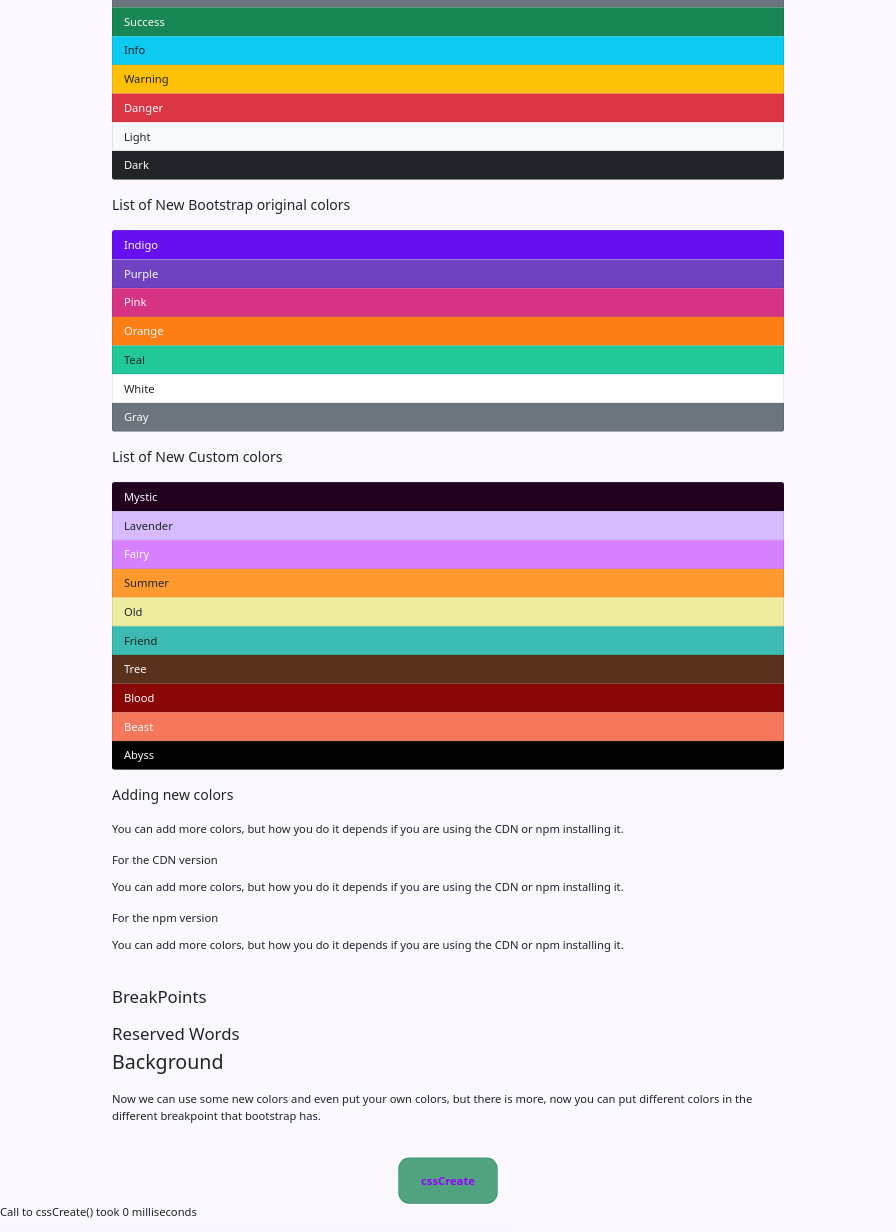
Repository: LynxPardelle/bootstrap-expanded-features
Page: index.html
The author's editor kept a copy of each file at every save. The page is drawn from the files as they stood at one save, then again after the next save.
The browser window is 1280 px wide. The pictures show the part of the page from y = 2344 to 4264 px (the page is 4104 px tall before and 4264 px after), at 70% of full size.

Above is the page before, as saved 2022-01-02 06:15:25.

After the next save:
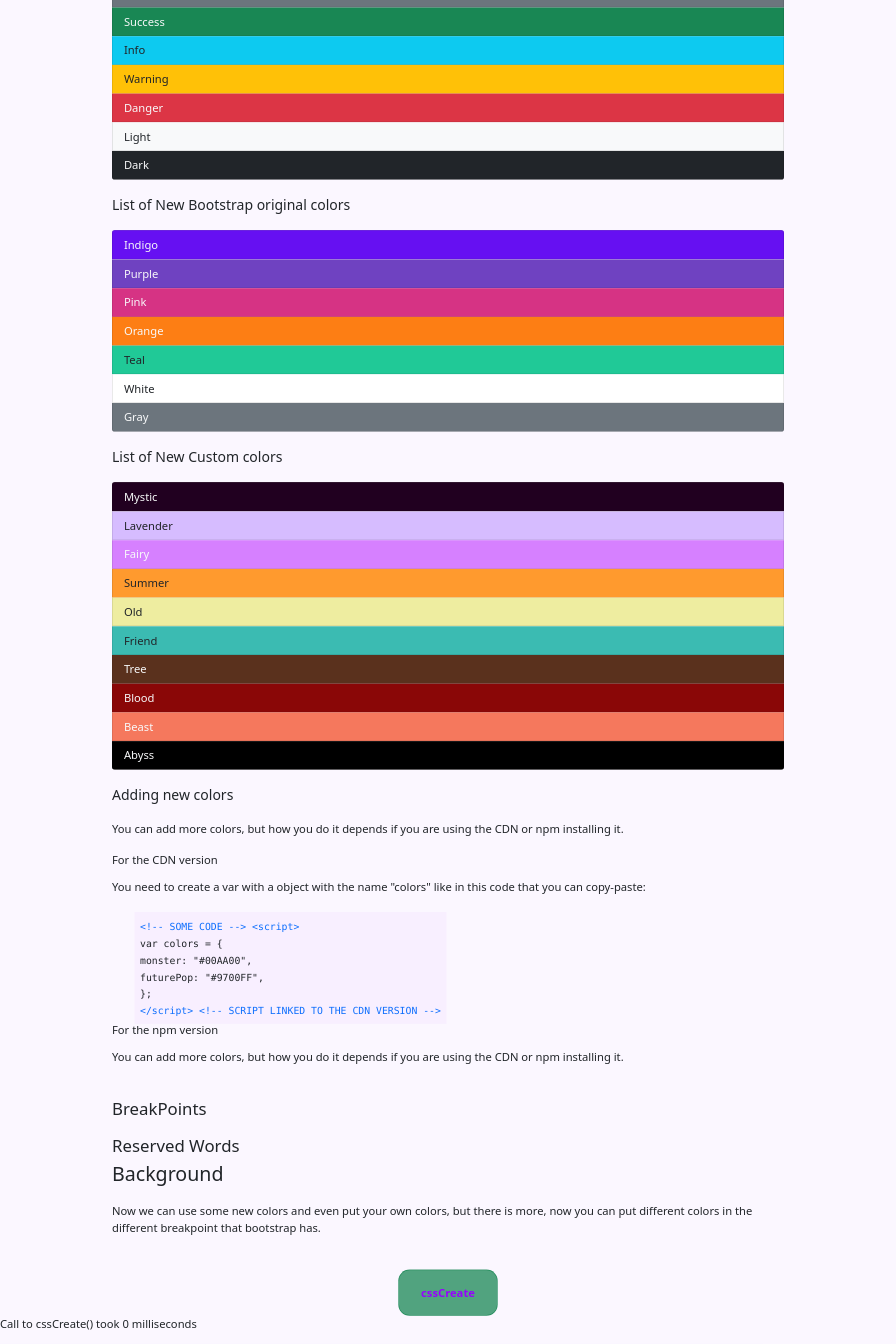
Saved 4 min 31 s later.
--- a/index.html
+++ b/index.html
@@ -370,16 +370,54 @@
               <li class="list-group-item text-light bef bef-bg-abyss">Abyss</li>
             </ul>
             <h5 class="my-4">Adding new colors</h5>
-            <p class="my-4 text-start bef bef-link-futurePop">
-              You can add more colors, but how you do it depends if you are
-              using the CDN or npm installing it.
-            </p>
-
-            <h6>For the CDN version</h6>
             <p class="mt-3 mb-4 text-start bef bef-link-futurePop">
               You can add more colors, but how you do it depends if you are
               using the CDN or npm installing it.
             </p>
+
+            <h6>For the CDN version</h6>
+            <p class="mt-3 mb-4 text-start bef bef-link-futurePop">
+              You need to create a var with a object with the name "colors" like
+              in this code that you can copy-paste:
+            </p>
+            <p
+              class="
+                d-inline-block
+                p-2
+                bef
+                bef-m-0rem__2rem
+                bef-bg-futurePop__OPA__0_03
+              "
+            >
+              <code class="text-dark">
+                <span class="text-primary"> &#60;!-- SOME CODE --&#62; </span>
+                <span class="text-primary"> &#60;script&#62; </span>
+                <br />
+                var colors = {
+                <br />
+                monster: "#00AA00",
+                <br />
+                futurePop: "#9700FF",
+                <br />
+                };
+                <br />
+                <span class="text-primary"> &#60;&#47;script&#62; </span>
+                <span class="text-primary">
+                  &#60;!-- SCRIPT LINKED TO THE CDN VERSION --&#62;
+                </span>
+              </code>
+            </p>
+
+            <!--
+
+              <script>
+      var colors = {
+        monster: "#00AA00",
+        futurePop: "#9700FF",
+      };
+    </script>
+
+            -->
 
             <h6>For the npm version</h6>
             <p class="mt-3 mb-5 text-start bef bef-link-futurePop">
